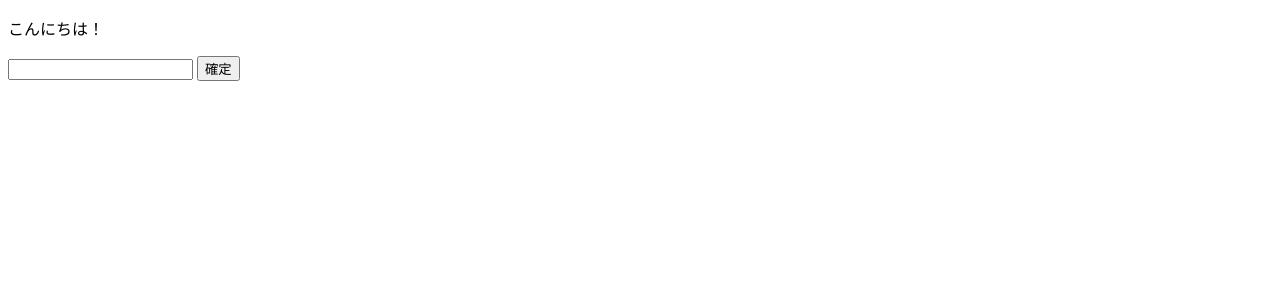
Repository: hoshikagi96/backup
Page: http://localhost/HelloJSP/
The author's editor kept a copy of each file at every save. The page is drawn from the files as they stood at one save, then again after the next save.
The browser window is 1280 px wide. The pictures show the whole page.
The page is served by Tomcat 9.

Above is the page before, as saved 2018-01-16 02:14:31.

### backup/workspace/HelloJSP/WebContent/index.jsp
<%@ page language="java" contentType="text/html; charset=UTF-8"
    pageEncoding="UTF-8"%>
<!DOCTYPE html>
<html>
<head>
  <meta charset="utf-8">
  <title>TEST</title>
</head>
<body>
  <p>こんにちは！</p>
  <form method="post" action="greeting-out.jsp">
  <input type="text" name="user">
  <input type="submit" value="確定">
  </form>

</body>
</html>

After the next save:
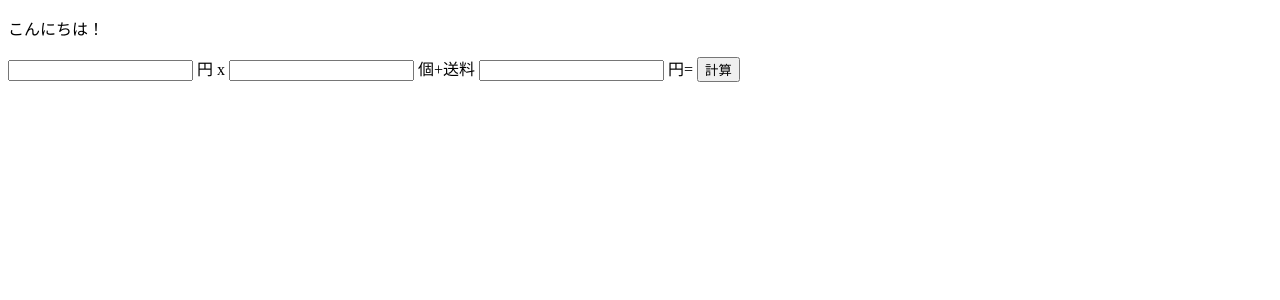
Saved 2 s later.
--- a/backup/workspace/HelloJSP/WebContent/index.jsp
+++ b/backup/workspace/HelloJSP/WebContent/index.jsp
@@ -8,9 +8,14 @@
 </head>
 <body>
   <p>こんにちは！</p>
-  <form method="post" action="greeting-out.jsp">
-  <input type="text" name="user">
-  <input type="submit" value="確定">
+  <form method="post" action="total-out.jsp">
+  <input type="text" name="price">
+  円 x
+  <input type="text" name="count">
+  個+送料
+  <input type="text" name="delivery">
+  円=
+  <input type="submit" value="計算">
   </form>
 
 </body>
